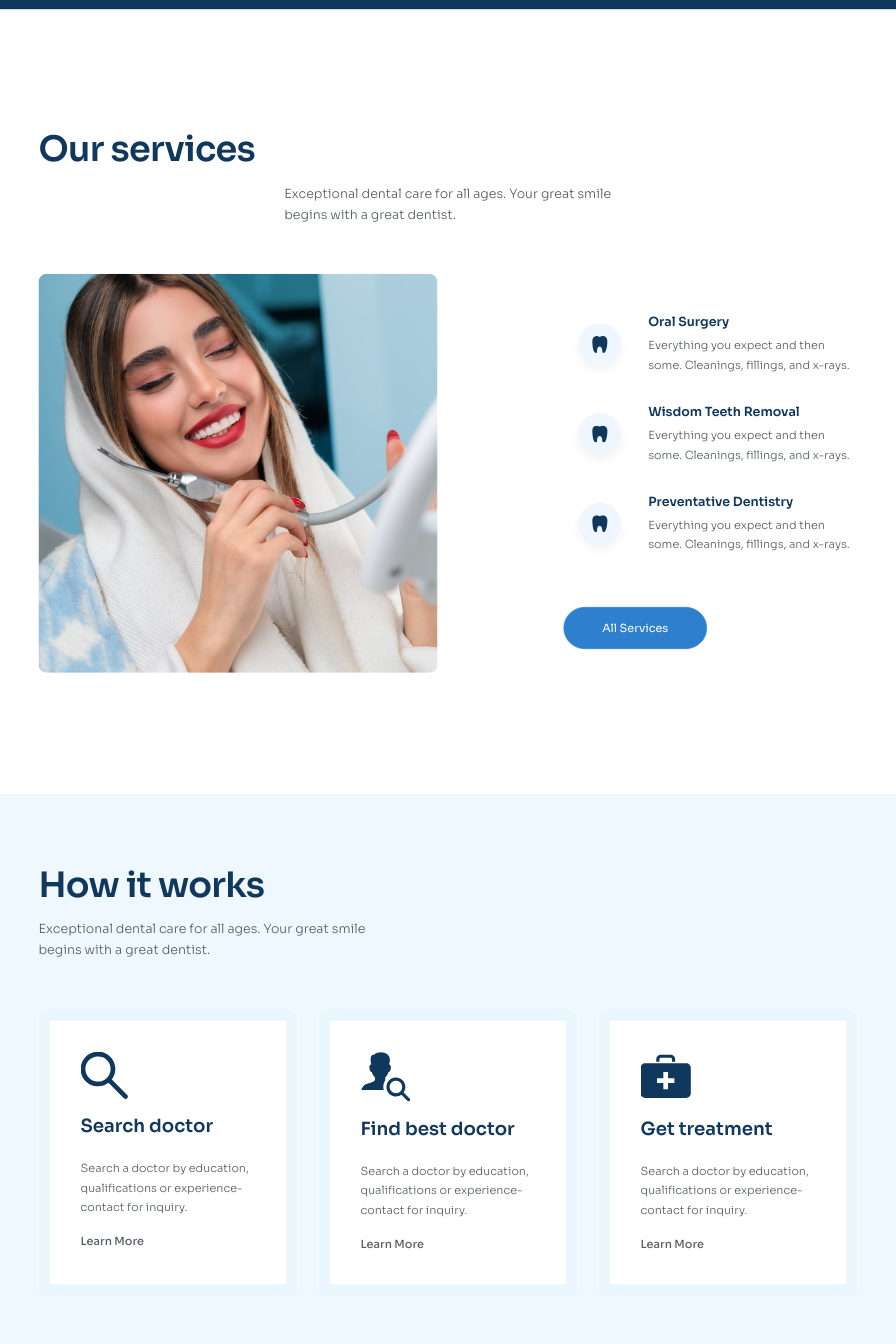
Repository: han2003dz/f8-project-03
Page: index.html
The author's editor kept a copy of each file at every save. The page is drawn from the files as they stood at one save, then again after a run of saves.
The browser window is 1280 px wide. The pictures show the part of the page from y = 753 to 2673 px (the page is 6000 px tall), at 70% of full size.

Above is the page before, as saved 2023-05-06 21:57:53.

### index.html
<!DOCTYPE html>
<html lang="en">

<head>
    <meta charset="UTF-8">
    <meta http-equiv="X-UA-Compatible" content="IE=edge">
    <meta name="viewport" content="width=device-width, initial-scale=1.0">
    <title>Shine Smile</title>
    <!-- favicon -->
    <link rel="apple-touch-icon" sizes="57x57" href="./assets/favicon/apple-icon-57x57.png">
    <link rel="apple-touch-icon" sizes="60x60" href="./assets/favicon/apple-icon-60x60.png">
    <link rel="apple-touch-icon" sizes="72x72" href="./assets/favicon/apple-icon-72x72.png">
    <link rel="apple-touch-icon" sizes="76x76" href="./assets/favicon/apple-icon-76x76.png">
    <link rel="apple-touch-icon" sizes="114x114" href="./assets/favicon/apple-icon-114x114.png">
    <link rel="apple-touch-icon" sizes="120x120" href="./assets/favicon/apple-icon-120x120.png">
    <link rel="apple-touch-icon" sizes="144x144" href="./assets/favicon/apple-icon-144x144.png">
    <link rel="apple-touch-icon" sizes="152x152" href="./assets/favicon/apple-icon-152x152.png">
    <link rel="apple-touch-icon" sizes="180x180" href="./assets/favicon/apple-icon-180x180.png">
    <link rel="icon" type="image/png" sizes="192x192" href="./assets/favicon/android-icon-192x192.png">
    <link rel="icon" type="image/png" sizes="32x32" href="./assets/favicon/favicon-32x32.png">
    <link rel="icon" type="image/png" sizes="96x96" href="./assets/favicon/favicon-96x96.png">
    <link rel="icon" type="image/png" sizes="16x16" href="./assets/favicon/favicon-16x16.png">
    <link rel="manifest" href="./assets/favicon/manifest.json">
    <meta name="msapplication-TileColor" content="#ffffff">
    <meta name="msapplication-TileImage" content="./assets/favicon/ms-icon-144x144.png">
    <meta name="theme-color" content="#ffffff">
    <!-- embed font -->
    <link rel="preconnect" href="https://fonts.googleapis.com">
    <link rel="preconnect" href="https://fonts.gstatic.com" crossorigin>
    <link href="https://fonts.googleapis.com/css2?family=Sora:wght@300;400;500;600;700&display=swap" rel="stylesheet">
    <!-- my css -->
    <link rel="stylesheet" href="/assets/css/reset.css">
    <link rel="stylesheet" href="/assets/css/style.css">
</head>

<body style="height: 6000px;">
    <header class="header">
        <div class="container">
            <!-- nav -->
            <div class="navigation">
                <a href="#!">
                    <div class="logo">
                        <span class="logo__circle"></span>
                        <span class="logo__text">
                            <span class="logo__brand">shine</span>
                            <span class="logo__brand logo__brand--small">smile</span>
                        </span>
                    </div>
                </a>
                <nav class="navbar">
                    <ul class="nav__list">
                        <li class="nav__item">
                            <a href="#!" class="nav__link nav__link--active">Home</a>
                        </li>
                        <li class="nav__item">
                            <a href="#!" class="nav__link">Services</a>
                        </li>
                        <li class="nav__item">
                            <a href="#!" class="nav__link">About</a>
                        </li>
                        <li class="nav__item">
                            <a href="#!" class="nav__link">Doctors</a>
                        </li>
                    </ul>
                </nav>
                <!-- action -->
                <div class="header-action">
                    <a href="#!" class="header-action__login">Log In</a>
                    <button href="#!" class="header-action__sign-up btn">Sign Up</button>
                </div>
            </div>
            <!-- hero -->
            <section class="hero">
                <!-- hero content -->
                <div class="hero__content">
                    <h1 class="hero__heading">Exceptional dental care for all ages.</h1>
                    <p class="hero__desc">Exceptional dental care for all ages. Your great smile begins with a great
                        dentist.</p>
                    <div class="hero__row">
                        <a href="#!" class="btn hero__btn">Book Online</a>
                        <span class="hero__phone">or call (123) 456-7890</span>
                    </div>
                </div>
                <div class="hero__media">
                    <figure class="hero__images">
                        <img src="./assets/img/img1__hero.jpg" alt="" class="hero__img">
                        <img src="./assets/img/img2__hero.jpg" alt="" class="hero__img">
                    </figure>
                </div>

            </section>
        </div>
    </header>
    <main>
        <!-- service -->
        <div class="service">
            <div class="container">
                <h2 class="section-heading">Our services</h2>
                <p class="section-desc">Exceptional dental care for all ages. Your great smile begins with a great
                    dentist.</p>
                <div class="service__row">
                    <figure>
                        <img src="./assets/img/service-img3.jpg" alt="" class="service__img">
                    </figure>
                    <div>
                        <div class="service__list">
                            <!-- item 1 -->
                            <section class="service-item">
                                <div class="service-item__icon">
                                    <!-- icon -->
                                    <svg width="22" height="24" viewBox="0 0 22 24" fill="none"
                                        xmlns="http://www.w3.org/2000/svg">
                                        <path
                                            d="M20.3598 2.63964C17.9506 -0.556131 14.2772 -0.568132 11.2481 1.10682C11.001 1.24657 10.7219 1.31411 10.4406 1.30222C10.1592 1.29033 9.88633 1.19945 9.65105 1.03931C8.49552 0.245717 7.29036 -0.316477 5.13904 0.207462C0.623408 1.3071 0 4.90379 0 8.99816C0.0797353 12.1602 0.500857 15.3032 1.25551 18.3683C2.11836 22.0168 3.90382 24 5.43354 24C6.96326 24 7.00963 22.2204 7.00963 20.8016C7.00963 19.2009 7.39505 14.8009 10.8642 14.8009C13.5317 14.8009 14.3333 18.4013 14.3333 20.8016C14.3329 23.095 15.1722 24 16.6628 24C19.5267 24 20.9796 15.3938 21.3719 13.1237C21.7642 10.8535 22.9882 6.12569 20.3598 2.63964Z"
                                            fill="currentColor" />
                                    </svg>
                                </div>
                                <div class="service-item__body">
                                    <h3 class="service-item__heading">Oral Surgery</h3>
                                    <p class="service-item__desc">
                                        Everything you expect and then some. Cleanings, fillings, and x-rays.
                                    </p>
                                </div>
                            </section>
                            <!-- item 2 -->
                            <section class="service-item">
                                <div class="service-item__icon">
                                    <!-- icon -->
                                    <svg width="22" height="24" viewBox="0 0 22 24" fill="none"
                                        xmlns="http://www.w3.org/2000/svg">
                                        <path
                                            d="M20.3598 2.63964C17.9506 -0.556131 14.2772 -0.568132 11.2481 1.10682C11.001 1.24657 10.7219 1.31411 10.4406 1.30222C10.1592 1.29033 9.88633 1.19945 9.65105 1.03931C8.49552 0.245717 7.29036 -0.316477 5.13904 0.207462C0.623408 1.3071 0 4.90379 0 8.99816C0.0797353 12.1602 0.500857 15.3032 1.25551 18.3683C2.11836 22.0168 3.90382 24 5.43354 24C6.96326 24 7.00963 22.2204 7.00963 20.8016C7.00963 19.2009 7.39505 14.8009 10.8642 14.8009C13.5317 14.8009 14.3333 18.4013 14.3333 20.8016C14.3329 23.095 15.1722 24 16.6628 24C19.5267 24 20.9796 15.3938 21.3719 13.1237C21.7642 10.8535 22.9882 6.12569 20.3598 2.63964Z"
                                            fill="currentColor" />
                                    </svg>
                                </div>
                                <div class="service-item__body">
                                    <h3 class="service-item__heading">Wisdom Teeth Removal</h3>
                                    <p class="service-item__desc">
                                        Everything you expect and then some. Cleanings, fillings, and x-rays.
                                    </p>
                                </div>
                            </section>
                            <!-- item 3 -->
                            <section class="service-item">
                                <div class="service-item__icon">
                                    <!-- icon -->
                                    <svg width="22" height="24" viewBox="0 0 22 24" fill="none"
                                        xmlns="http://www.w3.org/2000/svg">
                                        <path
                                            d="M20.3598 2.63964C17.9506 -0.556131 14.2772 -0.568132 11.2481 1.10682C11.001 1.24657 10.7219 1.31411 10.4406 1.30222C10.1592 1.29033 9.88633 1.19945 9.65105 1.03931C8.49552 0.245717 7.29036 -0.316477 5.13904 0.207462C0.623408 1.3071 0 4.90379 0 8.99816C0.0797353 12.1602 0.500857 15.3032 1.25551 18.3683C2.11836 22.0168 3.90382 24 5.43354 24C6.96326 24 7.00963 22.2204 7.00963 20.8016C7.00963 19.2009 7.39505 14.8009 10.8642 14.8009C13.5317 14.8009 14.3333 18.4013 14.3333 20.8016C14.3329 23.095 15.1722 24 16.6628 24C19.5267 24 20.9796 15.3938 21.3719 13.1237C21.7642 10.8535 22.9882 6.12569 20.3598 2.63964Z"
                                            fill="currentColor" />
                                    </svg>
                                </div>
                                <div class="service-item__body">
                                    <h3 class="service-item__heading">Preventative Dentistry</h3>
                                    <p class="service-item__desc">
                                        Everything you expect and then some. Cleanings, fillings, and x-rays.
                                    </p>
                                </div>
                            </section>
                        </div>
                        <a href="" class="btn service__btn">All Services</a>
                    </div>
                </div>
            </div>
        </div>
        <section class="work">
            <div class="container">
                <h2 class="section-heading heading__work">How it works</h2>
                <p class="section-desc desc__work">Exceptional dental care for all ages. Your great smile begins with a
                    great dentist.
                </p>
                <div class="work__list">
                    <!-- item 1 -->
                    <section class="work-item">
                        <img src="./assets/icon/search.svg" alt="" class="work-item__icon">
                        <h3 class="work-item__heading">Search doctor</h3>
                        <p class="work-item__desc">Search a doctor by education, qualifications or experience-contact
                            for inquiry.
                        </p>
                        <a href="#!" class="learn-more">Learn More</a>
                    </section>
                    <!-- item 2 -->
                    <section class="work-item">
                        <img src="./assets/icon/search-user.svg" alt="" class="work-item__icon">
                        <h3 class="work-item__heading">Find best doctor</h3>
                        <p class="work-item__desc">Search a doctor by education, qualifications or experience-contact
                            for inquiry.
                        </p>
                        <a href="#!" class="learn-more">Learn More</a>
                    </section>
                    <!-- item 3 -->
                    <section class="work-item">
                        <img src="./assets/icon/bag.svg" alt="" class="work-item__icon">
                        <h3 class="work-item__heading">Get treatment</h3>
                        <p class="work-item__desc">Search a doctor by education, qualifications or experience-contact
                            for inquiry.
                        </p>
                        <a href="#!" class="learn-more">Learn More</a>
                    </section>
                </div>
            </div>
        </section>
        <!-- feature -->
        <section class="feature">
            <div class="container">
                <div class="feature-body">
                    <div class="feature__media">
                        <figure class="feature__images">
                            <img src="./assets/img/feature-img1.jpg" alt="" class="feature__img">
                            <img src="./assets/img/feature-img2.jpg" alt="" class="feature__img">
                        </figure>
                    </div>
                    <section class="feature__content">
                        <h2 class="section-heading">Take back your smile with shine.</h2>
                        <p class="section-desc">If you’re missing multiple teeth due to decay, injury, or the natural aging
                            process, dentures might be the perfect solution.
                        </p>
                        <a href="#!" class="btn">Learn More</a>
                    </section>
                </div>
            </div>
        </section>
    </main>
    <script src="./assets/app.js"></script>
</body>

</html>

### assets/css/style.css
* {
  box-sizing: border-box;
}
html {
  font-size: 62.5%;
}
body {
  font-size: 1.6rem;
  font-family: "Sora", sans-serif;
}
/* common */
.container {
  width: 1170px;
  max-width: calc(100% - 48px);
  margin: 0 auto;
}
.navigation {
  display: flex;
  justify-content: space-between;
  align-items: center;
}
a {
  text-decoration: none;
}
:root {
  --header-bg: #10375c;
  --primary-color: #2e80ce;
  --height-btn: 60px;
}
.nav__link,
.header-action__login {
  padding: 5px 14px;
  font-size: 1.6rem;
  font-weight: 300;
  color: #c9d2da;
}
.header-action__login:hover,
.nav__link:hover,
.nav__link--active {
  text-shadow: 1px 0 0 #fff;
}
.btn {
  display: inline-block;
  min-width: 205px;
  height: var(--height-btn);
  padding: 0 20px;
  border: 1px solid var(--primary-color);
  line-height: var(--height-btn);
  border-radius: 999px;
  font-weight: 400;
  font-size: 1.6rem;
  text-align: center;
  color: #fff;
  background: var(--primary-color);
}
.btn:hover {
  opacity: 0.9;
  cursor: pointer;
}
/* header */
.header {
  padding-top: 30px;
  padding-bottom: 100px;
  min-height: 100vh;
  background: var(--header-bg);
}

.logo {
  /* 1em = 10px */
  font-size: 1rem;
  position: relative;
  display: inline-flex;
  align-items: center;
}
.logo__circle::before,
.logo__circle::after {
  display: inline-block;
  content: "";
  border-radius: 50%;
}
.logo__circle::before {
  width: 3em;
  height: 3em;
  background: var(--primary-color);
}
.logo__circle::after {
  width: 1.6em;
  height: 1.6em;
  background: #fff;
  position: absolute;
  top: 1.1em;
  left: 1.1em;
}
.logo__text {
  margin-left: 0.6em;
  text-align: right;
  line-height: 1.6em;
}
.logo__brand {
  display: block;
  font-weight: 400;
  font-size: 1.8em;
  color: #fff;
}
.logo__brand--small {
  font-size: 1.2em;
  font-weight: 300;
}
/* navbar */
.navbar .nav__list {
  display: flex;
}
.nav__link {
  padding: 5px 21px;
}
.nav__link--active {
  pointer-events: none;
}
.nav__link--active::before {
  position: relative;
  left: -8px;
  bottom: 2px;
  content: "";
  display: inline-block;
  width: 6px;
  height: 6px;
  background: #fff;
  border-radius: 50%;
}
/* header-action */
.header-action {
  display: flex;
  align-items: center;
}
.header-action__login {
  margin-right: 7px;
}
.header-action__sign-up {
  min-width: 120px;
}
/* hero */
.hero {
  display: flex;
  margin-top: 76px;
  align-items: center;
}
.hero__content {
  /* giải quyết vấn đề co nhỏ */
  flex-shrink: 0;
  width: 44%;
}
.hero__media {
  flex-grow: 1;
}
.hero__heading {
  font-weight: 600;
  font-size: 7rem;
  line-height: 1.14;
  /* or 114% */
  letter-spacing: -0.02em;
  color: #ffffff;
}
.hero__desc {
  font-weight: 300;
  font-size: 1.8rem;
  line-height: 1.67;
  /* or 167% */
  color: #c9d2da;
  margin-top: 22px;
  margin-bottom: 38px;
}
.hero__phone {
  font-weight: 400;
  font-size: 1.8rem;
  line-height: 1.67;
  color: #fff;
}
.hero__row {
  display: flex;
  align-items: center;
  gap: 38px;
}
.hero__images {
  display: flex;
  align-items: center;
  justify-content: flex-end;
}
.hero__img {
  width: 330px;
  height: 500px;
  border-radius: 6px;
  object-fit: cover;
}
.hero__img:last-child {
  width: 210px;
  height: 400px;
}
/* service */
.service {
  padding: 170px 0;
}
.section-heading,
.section-desc {
  text-align: center;
}
.section-heading {
  font-weight: 600;
  font-size: 5rem;
  line-height: 1.2;
  /* identical to box height, or 120% */
  letter-spacing: -0.02em;
  color: #10375c;
  margin-bottom: 18px;
}
.section-desc {
  font-weight: 300;
  font-size: 1.8rem;
  line-height: 1.67;
  /* or 167% */
  margin: 0 auto;
  color: #575f66;
  max-width: 468px;
}
.service__row {
  margin-top: 70px;
  display: flex;
  justify-content: space-between;
  align-items: center;
}
.service__img {
  width: 570px;
  height: 570px;
  object-fit: cover;
  border-radius: 12px;
}
.service-item {
  display: flex;
  max-width: 420px;
  height: 128px;
  background: #ffffff;
  border-radius: 10px;
  align-items: center;
}
.service-item:hover {
  box-shadow: 0px 14px 28px rgba(0, 0, 0, 0.05);
  border-radius: 10px;
  cursor: pointer;
  position: relative;
}
.service-item:hover .service-item__icon {
  background: #2e80ce;
  box-shadow: 0px 8px 16px rgba(40, 155, 222, 0.15);
  color: #fff;
}
.service-item__heading {
  font-weight: 600;
  font-size: 1.8rem;
  line-height: 1.27;
  /* identical to box height */
  color: #10375c;
  margin-bottom: 8px;
}
.service-item__desc {
  font-weight: 300;
  font-size: 1.6rem;
  line-height: 1.75;
  /* or 175% */
  color: #575f66;
  max-width: 308px;
}
.service-item__icon {
  display: flex;
  justify-content: center;
  align-items: center;
  margin-right: 19px;
  margin-left: 22px;
  flex-shrink: 0;
  width: 60px;
  height: 60px;
  border-radius: 50%;
  background: #eff6fd;
  box-shadow: 0px 8px 16px rgba(0, 0, 0, 0.05);
  color: #10375c;
}
.service-item__body {
  margin-left: 20px;
}
.service__btn {
  margin-top: 55px;
}
/* work */
.work {
  padding: 100px 0;
  background: #f0f8ff;
}
.heading__work,
.desc__work {
  text-align: left;
  margin: 0;
}
.desc__work {
  margin-top: 18px;
}
.work__list {
  display: grid;
  grid-template-columns: repeat(3, 1fr);
  margin-top: 70px;
  column-gap: 30px;
}
.work-item {
  padding: 44px;
  border-radius: 12px;
  border: 16px solid #eaf6ff;
  background: #fff;
  transition: 0.25s;
}
.work-item:hover {
  border: 16px solid var(--primary-color);
  transform: translateY(-16px);
}
.work-item__heading {
  margin-top: 18px;
  font-weight: 600;
  font-size: 2.6rem;
  line-height: 1.38;
  /* identical to box height, or 138% */
  color: var(--header-bg);
}
.work-item__desc,
.learn-more {
  margin-top: 28px;
  font-weight: 300;
  font-size: 16px;
  line-height: 28px;
  /* or 175% */
  color: #575f66;
}
.learn-more {
  display: inline-block;
  margin-top: 20px;
  font-weight: 500;
}
.learn-more:hover {
  font-weight: 600;
  color: #2e80ce;
  transition: 0.2s;
  transform: translateY(-3px);
}

/* feature */
.feature {
  margin-top: 85px;
  padding: 85px 0;
}
.feature-body {
  display: flex;
  gap: 130px;
}
.feature__media {
  width: 48%;
}
.feature__images {
  position: relative;
  padding-bottom: 121px;
}
.feature__img {
  width: 512px;
  height: 370px;
  border-radius: 6px;
  object-fit: cover;
}
.feature__img:last-child {
  width: 332px;
  position: absolute;
  right: 0;
  bottom: 0;
}
.section-heading {
  font-size: 5rem;
  line-height: 1.2;
}
.section-heading,
.section-desc {
  text-align: left;
}

### assets/app.js
const navItems = document.querySelectorAll(".nav__link");
function handleClickNav(event){
    [...navItems].forEach(item => item.classList.remove("nav__link--active"));
    event.target.classList.add("nav__link--active");
    console.log(event.target);
}
[...navItems].forEach(item => item.addEventListener("click", handleClickNav));

Loaded but not shown: assets/css/reset.css (common file)

After the next 2 saves:
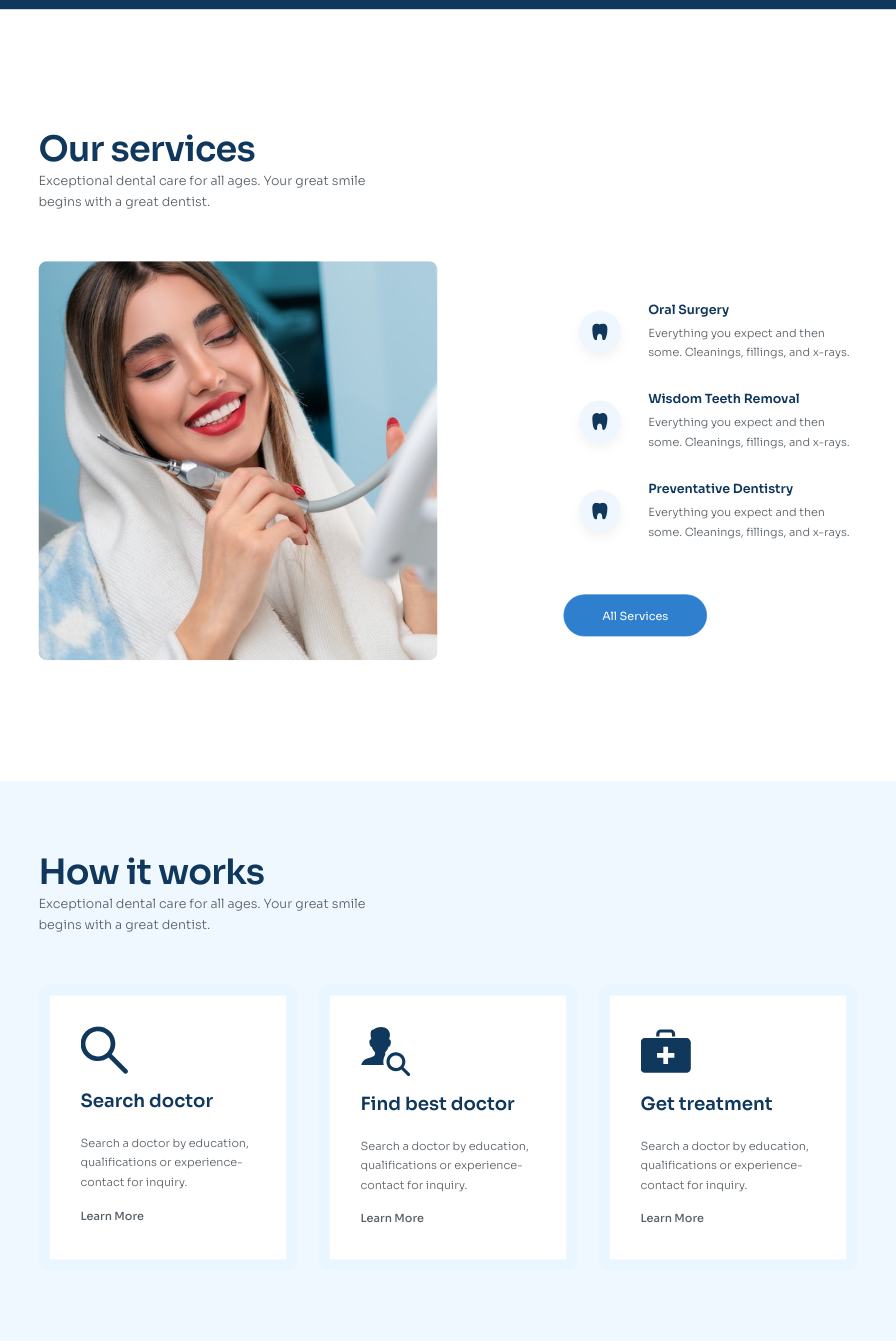
The 2 saves are shown as one change because they came seconds apart.
The last was saved 80 s later.
--- a/assets/css/style.css
+++ b/assets/css/style.css
@@ -382,4 +382,5 @@ a {
 .section-heading,
 .section-desc {
   text-align: left;
-}
+  margin: 0;
+}
